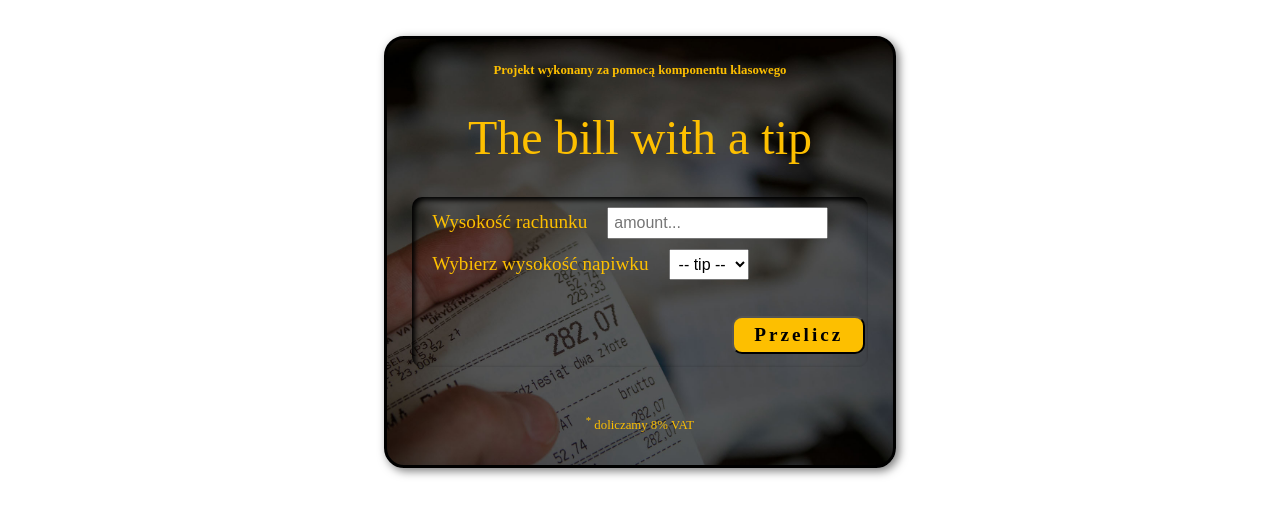
Repository: KrzysKolo/sr_tydzien4_zad1
Page: /
The author's editor kept a copy of each file at every save. The page is drawn from the files as they stood at one save, then again after the next save.
The browser window is 1280 px wide. The pictures show the whole page.
Some web fonts or font styles are not loaded; a fallback is used. The project was rebuilt for these pictures with package versions that can differ from the ones it lists, and the page was loaded fresh each time. Also part of the build but not shown: src/components/ParagrapfCard.js.

Above is the page before, as saved 2020-11-06 15:12:13.

After the next save:
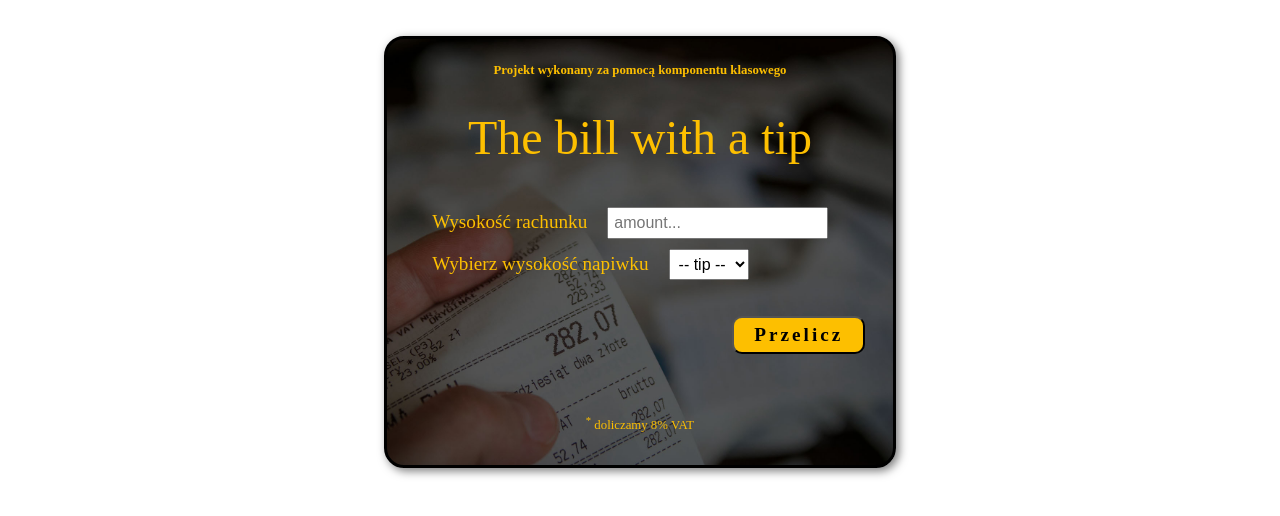
Saved 76 s later.
--- a/src/components/BillCard.css
+++ b/src/components/BillCard.css
@@ -29,11 +29,11 @@
   margin-top: 2rem;
   height: 40%;
   width: 90%;
-  box-shadow: inset 3px 3px 5px black;
-  border-radius: 10px;
 }
 .billCard__section--background {
   background-color: rgba(253, 191, 0, 0.07);
+  box-shadow: inset 3px 3px 5px black;
+  border-radius: 10px;
 }
 .billCard__section p {
   font-family: "Shadows Into Light Two", cursive;
